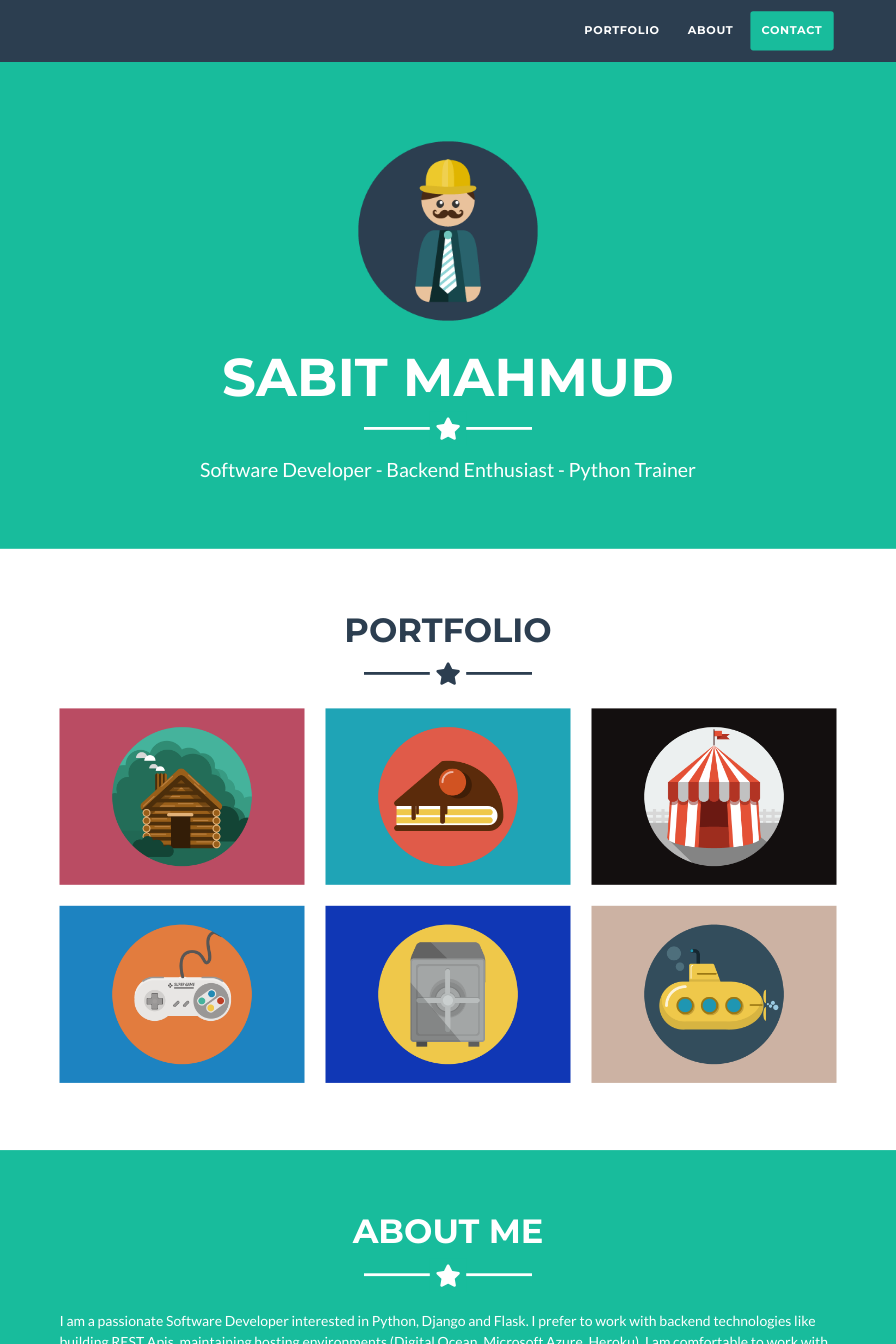
Repository: SabitDeepto/portfolio
Page: index.html
The author's editor kept a copy of each file at every save. The page is drawn from the files as they stood at one save, then again after the next save.
The browser window is 1280 px wide. The pictures show the part of the page from y = 0 to 1920 px (the page is 3416 px tall before and 3160 px after), at 70% of full size.

Above is the page before, as saved 2019-04-04 23:38:29.

### index.html
<!DOCTYPE html>
<html lang="en">

<head>

  <meta charset="utf-8">
  <meta name="viewport" content="width=device-width, initial-scale=1, shrink-to-fit=no">
  <meta name="description" content="">
  <meta name="author" content="">

  <title>Sabit Mahmud</title>

  <!-- Bootstrap core CSS -->
  <link href="vendor/bootstrap/css/bootstrap.min.css" rel="stylesheet">

  <!-- Custom fonts for this template -->
  <link href="vendor/fontawesome-free/css/all.min.css" rel="stylesheet" type="text/css">
  <link href="https://fonts.googleapis.com/css?family=Montserrat:400,700" rel="stylesheet" type="text/css">
  <link href="https://fonts.googleapis.com/css?family=Lato:400,700,400italic,700italic" rel="stylesheet" type="text/css">

  <!-- Plugin CSS -->
  <link href="vendor/magnific-popup/magnific-popup.css" rel="stylesheet" type="text/css">

  <!-- Custom styles for this template -->
  <link href="css/freelancer.min.css" rel="stylesheet">

</head>

<body id="page-top">

  <!-- Navigation -->
  <nav class="navbar navbar-expand-lg bg-secondary fixed-top text-uppercase" id="mainNav">
    <div class="container">
      <!-- <a class="navbar-brand js-scroll-trigger" href="#page-top">Sabit Mahmud</a> -->
      <button class="navbar-toggler navbar-toggler-right text-uppercase bg-primary text-white rounded" type="button" data-toggle="collapse" data-target="#navbarResponsive" aria-controls="navbarResponsive" aria-expanded="false" aria-label="Toggle navigation">
        Menu
        <i class="fas fa-bars"></i>
      </button>
      <div class="collapse navbar-collapse" id="navbarResponsive">
        <ul class="navbar-nav ml-auto">
          <li class="nav-item mx-0 mx-lg-1">
            <a class="nav-link py-3 px-0 px-lg-3 rounded js-scroll-trigger" href="#portfolio">Portfolio</a>
          </li>
          <li class="nav-item mx-0 mx-lg-1">
            <a class="nav-link py-3 px-0 px-lg-3 rounded js-scroll-trigger" href="#about">About</a>
          </li>
          <li class="nav-item mx-0 mx-lg-1">
            <a class="nav-link py-3 px-0 px-lg-3 rounded js-scroll-trigger" href="#contact">Contact</a>
          </li>
        </ul>
      </div>
    </div>
  </nav>

  <!-- Header -->
  <header class="masthead bg-primary text-white text-center">
    <div class="container">
      <img class="img-fluid mb-5 d-block mx-auto" src="img/profile.png" alt="">
      <h1 class="text-uppercase mb-0">Sabit Mahmud</h1>
      <hr class="star-light">
      <h2 class="font-weight-light mb-0">Software Developer - Backend Enthusiast - Python Trainer</h2>
    </div>
  </header>

  <!-- Portfolio Grid Section -->
  <section class="portfolio" id="portfolio">
    <div class="container">
      <h2 class="text-center text-uppercase text-secondary mb-0">Portfolio</h2>
      <hr class="star-dark mb-5">
      <div class="row">
        <div class="col-md-6 col-lg-4">
          <a class="portfolio-item d-block mx-auto" href="#portfolio-modal-1">
            <div class="portfolio-item-caption d-flex position-absolute h-100 w-100">
              <div class="portfolio-item-caption-content my-auto w-100 text-center text-white">
                <i class="fas fa-search-plus fa-3x"></i>
              </div>
            </div>
            <img class="img-fluid" src="img/portfolio/cabin.png" alt="">
          </a>
        </div>
        <div class="col-md-6 col-lg-4">
          <a class="portfolio-item d-block mx-auto" href="#portfolio-modal-2">
            <div class="portfolio-item-caption d-flex position-absolute h-100 w-100">
              <div class="portfolio-item-caption-content my-auto w-100 text-center text-white">
                <i class="fas fa-search-plus fa-3x"></i>
              </div>
            </div>
            <img class="img-fluid" src="img/portfolio/cake.png" alt="">
          </a>
        </div>
        <div class="col-md-6 col-lg-4">
          <a class="portfolio-item d-block mx-auto" href="#portfolio-modal-3">
            <div class="portfolio-item-caption d-flex position-absolute h-100 w-100">
              <div class="portfolio-item-caption-content my-auto w-100 text-center text-white">
                <i class="fas fa-search-plus fa-3x"></i>
              </div>
            </div>
            <img class="img-fluid" src="img/portfolio/circus.png" alt="">
          </a>
        </div>
        <div class="col-md-6 col-lg-4">
          <a class="portfolio-item d-block mx-auto" href="#portfolio-modal-4">
            <div class="portfolio-item-caption d-flex position-absolute h-100 w-100">
              <div class="portfolio-item-caption-content my-auto w-100 text-center text-white">
                <i class="fas fa-search-plus fa-3x"></i>
              </div>
            </div>
            <img class="img-fluid" src="img/portfolio/game.png" alt="">
          </a>
        </div>
        <div class="col-md-6 col-lg-4">
          <a class="portfolio-item d-block mx-auto" href="#portfolio-modal-5">
            <div class="portfolio-item-caption d-flex position-absolute h-100 w-100">
              <div class="portfolio-item-caption-content my-auto w-100 text-center text-white">
                <i class="fas fa-search-plus fa-3x"></i>
              </div>
            </div>
            <img class="img-fluid" src="img/portfolio/safe.png" alt="">
          </a>
        </div>
        <div class="col-md-6 col-lg-4">
          <a class="portfolio-item d-block mx-auto" href="#portfolio-modal-6">
            <div class="portfolio-item-caption d-flex position-absolute h-100 w-100">
              <div class="portfolio-item-caption-content my-auto w-100 text-center text-white">
                <i class="fas fa-search-plus fa-3x"></i>
              </div>
            </div>
            <img class="img-fluid" src="img/portfolio/submarine.png" alt="">
          </a>
        </div>
      </div>
    </div>
  </section>

  <!-- About Section -->
  <section class="bg-primary text-white mb-0" id="about">
    <div class="container">
      <h2 class="text-center text-uppercase text-white">About Me</h2>
      <hr class="star-light mb-5">
      <div class="row">
        <div class="col-lg-12 ml-auto">
          <p class="lead">
            I am a passionate Software Developer interested in Python, Django and Flask.
             I prefer to work with backend technologies like building REST Apis, maintaining hosting
             environments (Digital Ocean, Microsoft Azure, Heroku).
              I am comfortable to work with Postgresql, sqlite and MySql and I am expert in version controlling.
          </p>
        </div>

      </div>
      <!-- <div class="text-center mt-4">
        <a class="btn btn-xl btn-outline-light" href="#">
          <i class="fas fa-download mr-2"></i>
          Download Now!
        </a>
      </div>
    </div> -->
  </section>

  <!-- Contact Section -->
  <section id="contact">
    <div class="container">
      <h2 class="text-center text-uppercase text-secondary mb-0">Contact Me</h2>
      <hr class="star-dark mb-5">
      <div class="row">
        <div class="col-lg-8 mx-auto">
          <!-- To configure the contact form email address, go to mail/contact_me.php and update the email address in the PHP file on line 19. -->
          <!-- The form should work on most web servers, but if the form is not working you may need to configure your web server differently. -->
          <form name="sentMessage" id="contactForm" novalidate="novalidate">
            <div class="control-group">
              <div class="form-group floating-label-form-group controls mb-0 pb-2">
                <label>Name</label>
                <input class="form-control" id="name" type="text" placeholder="Name" required="required" data-validation-required-message="Please enter your name.">
                <p class="help-block text-danger"></p>
              </div>
            </div>
            <div class="control-group">
              <div class="form-group floating-label-form-group controls mb-0 pb-2">
                <label>Email Address</label>
                <input class="form-control" id="email" type="email" placeholder="Email Address" required="required" data-validation-required-message="Please enter your email address.">
                <p class="help-block text-danger"></p>
              </div>
            </div>
            <div class="control-group">
              <div class="form-group floating-label-form-group controls mb-0 pb-2">
                <label>Phone Number</label>
                <input class="form-control" id="phone" type="tel" placeholder="Phone Number" required="required" data-validation-required-message="Please enter your phone number.">
                <p class="help-block text-danger"></p>
              </div>
            </div>
            <div class="control-group">
              <div class="form-group floating-label-form-group controls mb-0 pb-2">
                <label>Message</label>
                <textarea class="form-control" id="message" rows="5" placeholder="Message" required="required" data-validation-required-message="Please enter a message."></textarea>
                <p class="help-block text-danger"></p>
              </div>
            </div>
            <br>
            <div id="success"></div>
            <div class="form-group">
              <button type="submit" class="btn btn-primary btn-xl" id="sendMessageButton">Send</button>
            </div>
          </form>
        </div>
      </div>
    </div>
  </section>

  <!-- Footer -->
  <footer class="footer text-center">
    <div class="container">
      <div class="row">
        <div class="col-md-4 mb-5 mb-lg-0">
          <h4 class="text-uppercase mb-4">Location</h4>
          <p class="lead mb-0">2215 John Daniel Drive
            <br>Clark, MO 65243</p>
        </div>
        <div class="col-md-4 mb-5 mb-lg-0">
          <h4 class="text-uppercase mb-4">Around the Web</h4>
          <ul class="list-inline mb-0">
            <li class="list-inline-item">
              <a class="btn btn-outline-light btn-social text-center rounded-circle" href="#">
                <i class="fab fa-fw fa-facebook-f"></i>
              </a>
            </li>
            <li class="list-inline-item">
              <a class="btn btn-outline-light btn-social text-center rounded-circle" href="#">
                <i class="fab fa-fw fa-google-plus-g"></i>
              </a>
            </li>
            <li class="list-inline-item">
              <a class="btn btn-outline-light btn-social text-center rounded-circle" href="#">
                <i class="fab fa-fw fa-twitter"></i>
              </a>
            </li>
            <li class="list-inline-item">
              <a class="btn btn-outline-light btn-social text-center rounded-circle" href="#">
                <i class="fab fa-fw fa-linkedin-in"></i>
              </a>
            </li>
            <li class="list-inline-item">
              <a class="btn btn-outline-light btn-social text-center rounded-circle" href="#">
                <i class="fab fa-fw fa-dribbble"></i>
              </a>
            </li>
          </ul>
        </div>
        <div class="col-md-4">
          <h4 class="text-uppercase mb-4">About Freelancer</h4>
          <p class="lead mb-0">Freelance is a free to use, open source Bootstrap theme created by
            <a href="http://startbootstrap.com">Sabit Mahmud</a>.</p>
        </div>
      </div>
    </div>
  </footer>

  <div class="copyright py-4 text-center text-white">
    <div class="container">
      <small>Copyright &copy; Your Website 2019</small>
    </div>
  </div>

  <!-- Scroll to Top Button (Only visible on small and extra-small screen sizes) -->
  <div class="scroll-to-top d-lg-none position-fixed ">
    <a class="js-scroll-trigger d-block text-center text-white rounded" href="#page-top">
      <i class="fa fa-chevron-up"></i>
    </a>
  </div>

  <!-- Portfolio Modals -->

  <!-- Portfolio Modal 1 -->
  <div class="portfolio-modal mfp-hide" id="portfolio-modal-1">
    <div class="portfolio-modal-dialog bg-white">
      <a class="close-button d-none d-md-block portfolio-modal-dismiss" href="#">
        <i class="fa fa-3x fa-times"></i>
      </a>
      <div class="container text-center">
        <div class="row">
          <div class="col-lg-8 mx-auto">
            <h2 class="text-secondary text-uppercase mb-0">Project Name</h2>
            <hr class="star-dark mb-5">
            <img class="img-fluid mb-5" src="img/portfolio/cabin.png" alt="">
            <p class="mb-5">Lorem ipsum dolor sit amet, consectetur adipisicing elit. Mollitia neque assumenda ipsam nihil, molestias magnam, recusandae quos quis inventore quisquam velit asperiores, vitae? Reprehenderit soluta, eos quod consequuntur itaque. Nam.</p>
            <a class="btn btn-primary btn-lg rounded-pill portfolio-modal-dismiss" href="#">
              <i class="fa fa-close"></i>
              Close Project</a>
          </div>
        </div>
      </div>
    </div>
  </div>

  <!-- Portfolio Modal 2 -->
  <div class="portfolio-modal mfp-hide" id="portfolio-modal-2">
    <div class="portfolio-modal-dialog bg-white">
      <a class="close-button d-none d-md-block portfolio-modal-dismiss" href="#">
        <i class="fa fa-3x fa-times"></i>
      </a>
      <div class="container text-center">
        <div class="row">
          <div class="col-lg-8 mx-auto">
            <h2 class="text-secondary text-uppercase mb-0">Project Name</h2>
            <hr class="star-dark mb-5">
            <img class="img-fluid mb-5" src="img/portfolio/cake.png" alt="">
            <p class="mb-5">Lorem ipsum dolor sit amet, consectetur adipisicing elit. Mollitia neque assumenda ipsam nihil, molestias magnam, recusandae quos quis inventore quisquam velit asperiores, vitae? Reprehenderit soluta, eos quod consequuntur itaque. Nam.</p>
            <a class="btn btn-primary btn-lg rounded-pill portfolio-modal-dismiss" href="#">
              <i class="fa fa-close"></i>
              Close Project</a>
          </div>
        </div>
      </div>
    </div>
  </div>

  <!-- Portfolio Modal 3 -->
  <div class="portfolio-modal mfp-hide" id="portfolio-modal-3">
    <div class="portfolio-modal-dialog bg-white">
      <a class="close-button d-none d-md-block portfolio-modal-dismiss" href="#">
        <i class="fa fa-3x fa-times"></i>
      </a>
      <div class="container text-center">
        <div class="row">
          <div class="col-lg-8 mx-auto">
            <h2 class="text-secondary text-uppercase mb-0">Project Name</h2>
            <hr class="star-dark mb-5">
            <img class="img-fluid mb-5" src="img/portfolio/circus.png" alt="">
            <p class="mb-5">Lorem ipsum dolor sit amet, consectetur adipisicing elit. Mollitia neque assumenda ipsam nihil, molestias magnam, recusandae quos quis inventore quisquam velit asperiores, vitae? Reprehenderit soluta, eos quod consequuntur itaque. Nam.</p>
            <a class="btn btn-primary btn-lg rounded-pill portfolio-modal-dismiss" href="#">
              <i class="fa fa-close"></i>
              Close Project</a>
          </div>
        </div>
      </div>
    </div>
  </div>

  <!-- Portfolio Modal 4 -->
  <div class="portfolio-modal mfp-hide" id="portfolio-modal-4">
    <div class="portfolio-modal-dialog bg-white">
      <a class="close-button d-none d-md-block portfolio-modal-dismiss" href="#">
        <i class="fa fa-3x fa-times"></i>
      </a>
      <div class="container text-center">
        <div class="row">
          <div class="col-lg-8 mx-auto">
            <h2 class="text-secondary text-uppercase mb-0">Project Name</h2>
            <hr class="star-dark mb-5">
            <img class="img-fluid mb-5" src="img/portfolio/game.png" alt="">
            <p class="mb-5">Lorem ipsum dolor sit amet, consectetur adipisicing elit. Mollitia neque assumenda ipsam nihil, molestias magnam, recusandae quos quis inventore quisquam velit asperiores, vitae? Reprehenderit soluta, eos quod consequuntur itaque. Nam.</p>
            <a class="btn btn-primary btn-lg rounded-pill portfolio-modal-dismiss" href="#">
              <i class="fa fa-close"></i>
              Close Project</a>
          </div>
        </div>
      </div>
    </div>
  </div>

  <!-- Portfolio Modal 5 -->
  <div class="portfolio-modal mfp-hide" id="portfolio-modal-5">
    <div class="portfolio-modal-dialog bg-white">
      <a class="close-button d-none d-md-block portfolio-modal-dismiss" href="#">
        <i class="fa fa-3x fa-times"></i>
      </a>
      <div class="container text-center">
        <div class="row">
          <div class="col-lg-8 mx-auto">
            <h2 class="text-secondary text-uppercase mb-0">Project Name</h2>
            <hr class="star-dark mb-5">
            <img class="img-fluid mb-5" src="img/portfolio/safe.png" alt="">
            <p class="mb-5">Lorem ipsum dolor sit amet, consectetur adipisicing elit. Mollitia neque assumenda ipsam nihil, molestias magnam, recusandae quos quis inventore quisquam velit asperiores, vitae? Reprehenderit soluta, eos quod consequuntur itaque. Nam.</p>
            <a class="btn btn-primary btn-lg rounded-pill portfolio-modal-dismiss" href="#">
              <i class="fa fa-close"></i>
              Close Project</a>
          </div>
        </div>
      </div>
    </div>
  </div>

  <!-- Portfolio Modal 6 -->
  <div class="portfolio-modal mfp-hide" id="portfolio-modal-6">
    <div class="portfolio-modal-dialog bg-white">
      <a class="close-button d-none d-md-block portfolio-modal-dismiss" href="#">
        <i class="fa fa-3x fa-times"></i>
      </a>
      <div class="container text-center">
        <div class="row">
          <div class="col-lg-8 mx-auto">
            <h2 class="text-secondary text-uppercase mb-0">Project Name</h2>
            <hr class="star-dark mb-5">
            <img class="img-fluid mb-5" src="img/portfolio/submarine.png" alt="">
            <p class="mb-5">Lorem ipsum dolor sit amet, consectetur adipisicing elit. Mollitia neque assumenda ipsam nihil, molestias magnam, recusandae quos quis inventore quisquam velit asperiores, vitae? Reprehenderit soluta, eos quod consequuntur itaque. Nam.</p>
            <a class="btn btn-primary btn-lg rounded-pill portfolio-modal-dismiss" href="#">
              <i class="fa fa-close"></i>
              Close Project</a>
          </div>
        </div>
      </div>
    </div>
  </div>

  <!-- Bootstrap core JavaScript -->
  <script src="vendor/jquery/jquery.min.js"></script>
  <script src="vendor/bootstrap/js/bootstrap.bundle.min.js"></script>

  <!-- Plugin JavaScript -->
  <script src="vendor/jquery-easing/jquery.easing.min.js"></script>
  <script src="vendor/magnific-popup/jquery.magnific-popup.min.js"></script>

  <!-- Contact Form JavaScript -->
  <script src="js/jqBootstrapValidation.js"></script>
  <script src="js/contact_me.js"></script>

  <!-- Custom scripts for this template -->
  <script src="js/freelancer.min.js"></script>

</body>

</html>

### js/contact_me.js
$(function() {

  $("#contactForm input,#contactForm textarea").jqBootstrapValidation({
    preventSubmit: true,
    submitError: function($form, event, errors) {
      // additional error messages or events
    },
    submitSuccess: function($form, event) {
      event.preventDefault(); // prevent default submit behaviour
      // get values from FORM
      var name = $("input#name").val();
      var email = $("input#email").val();
      var phone = $("input#phone").val();
      var message = $("textarea#message").val();
      var firstName = name; // For Success/Failure Message
      // Check for white space in name for Success/Fail message
      if (firstName.indexOf(' ') >= 0) {
        firstName = name.split(' ').slice(0, -1).join(' ');
      }
      $this = $("#sendMessageButton");
      $this.prop("disabled", true); // Disable submit button until AJAX call is complete to prevent duplicate messages
      $.ajax({
        url: "././mail/contact_me.php",
        type: "POST",
        data: {
          name: name,
          phone: phone,
          email: email,
          message: message
        },
        cache: false,
        success: function() {
          // Success message
          $('#success').html("<div class='alert alert-success'>");
          $('#success > .alert-success').html("<button type='button' class='close' data-dismiss='alert' aria-hidden='true'>&times;")
            .append("</button>");
          $('#success > .alert-success')
            .append("<strong>Your message has been sent. </strong>");
          $('#success > .alert-success')
            .append('</div>');
          //clear all fields
          $('#contactForm').trigger("reset");
        },
        error: function() {
          // Fail message
          $('#success').html("<div class='alert alert-danger'>");
          $('#success > .alert-danger').html("<button type='button' class='close' data-dismiss='alert' aria-hidden='true'>&times;")
            .append("</button>");
          $('#success > .alert-danger').append($("<strong>").text("Sorry " + firstName + ", it seems that my mail server is not responding. Please try again later!"));
          $('#success > .alert-danger').append('</div>');
          //clear all fields
          $('#contactForm').trigger("reset");
        },
        complete: function() {
          setTimeout(function() {
            $this.prop("disabled", false); // Re-enable submit button when AJAX call is complete
          }, 1000);
        }
      });
    },
    filter: function() {
      return $(this).is(":visible");
    },
  });

  $("a[data-toggle=\"tab\"]").click(function(e) {
    e.preventDefault();
    $(this).tab("show");
  });
});

/*When clicking on Full hide fail/success boxes */
$('#name').focus(function() {
  $('#success').html('');
});

Loaded but not shown: vendor/bootstrap/css/bootstrap.min.css (library); vendor/fontawesome-free/css/all.min.css (library); vendor/magnific-popup/magnific-popup.css (library); css/freelancer.min.css (library); vendor/jquery/jquery.min.js (library); vendor/bootstrap/js/bootstrap.bundle.min.js (library); vendor/jquery-easing/jquery.easing.min.js (common file); vendor/magnific-popup/jquery.magnific-popup.min.js (library); js/freelancer.min.js (common file); js/jqBootstrapValidation.js (912 lines, source omitted)

After the next save:
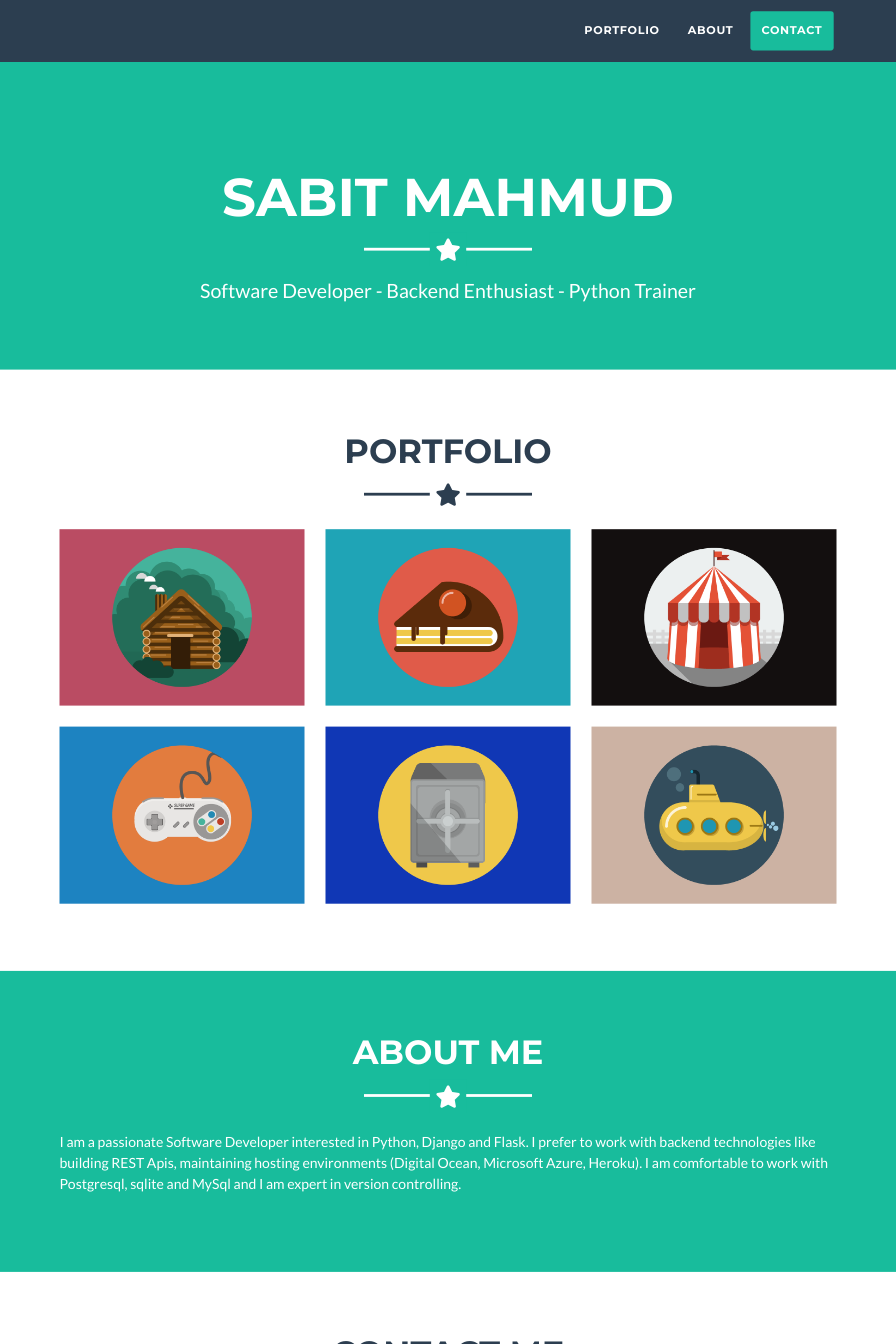
Not found: img/Sabit Mahmud Deepto.JPG
Saved 5 min 20 s later.
--- a/index.html
+++ b/index.html
@@ -55,7 +55,7 @@
   <!-- Header -->
   <header class="masthead bg-primary text-white text-center">
     <div class="container">
-      <img class="img-fluid mb-5 d-block mx-auto" src="img/profile.png" alt="">
+      <img class="img-fluid mb-5 d-block mx-auto" src="img/Sabit Mahmud Deepto.JPG" alt="">
       <h1 class="text-uppercase mb-0">Sabit Mahmud</h1>
       <hr class="star-light">
       <h2 class="font-weight-light mb-0">Software Developer - Backend Enthusiast - Python Trainer</h2>
